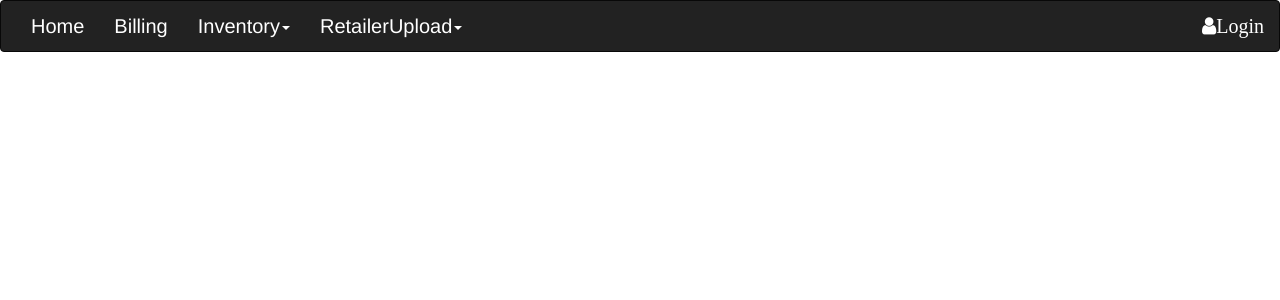
Repository: Abinesh-T/FinallDtProject
Page: http://localhost/Sri_Ananda/views/header.jsp
These files come from the project's save history. The page is drawn as it stood at one moment and after the next save; the edit follows.
The browser window is 1280 px wide. The pictures show the whole page.
Some web libraries are served in a nearby version. The page is served by Tomcat 9. Nobody is signed in. The application's start-up code is not run.

Above is the page before, as saved 2018-08-05 09:39:24.

After the next save:
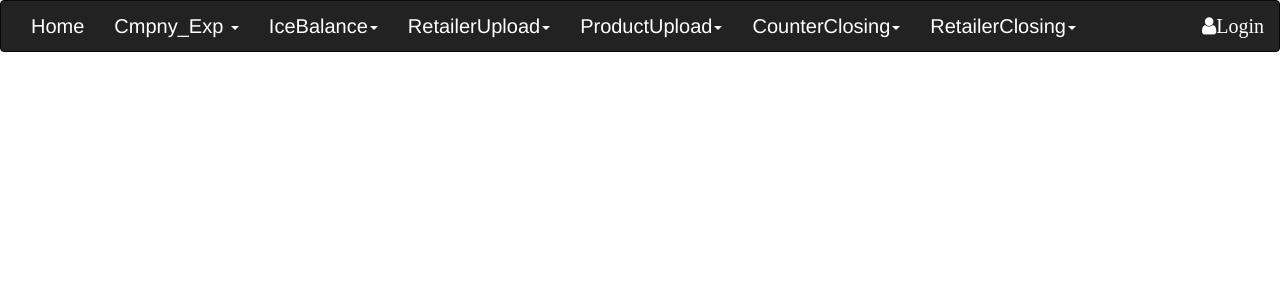
Saved 25 s later.
--- a/Sri_Ananda/src/main/webapp/views/header.jsp
+++ b/Sri_Ananda/src/main/webapp/views/header.jsp
@@ -4,6 +4,9 @@
 <!DOCTYPE html PUBLIC "-//W3C//DTD HTML 4.01 Transitional//EN" "http://www.w3.org/TR/html4/loose.dtd">
 <html>
 <head>
+<link rel="icon"
+	href="./resources/images/Arun_brandings/Hatsun_icon.jpg">
+
 <title>Techtronixs</title>
 <meta charset="utf-8">
 <meta name="viewport" content="width=device-width, initial-scale=1">
@@ -41,22 +44,63 @@
 	<div class="container-fluid">
 		<ul class="nav navbar-nav">
 			<li><a href="index" style="font-size: 20px; color: white;">Home</a></li>
-			<li><a href="index" style="font-size: 20px; color: white;">Billing</a></li>
-			<li class="dropdown"><a href="Inventory" class="dropdown-toggle"
+			<li class="dropdown"><a href="Cmpny_Exp" class="dropdown-toggle"
 				data-toggle="dropdown" aria-haspopup="true" aria-expanded="false"
-				style="font-size: 20px; color: white">Inventory<span
+				style="font-size: 20px; color: white">Cmpny_Exp <span
 					class="caret"></span></a>
 				<ul class="dropdown-menu">
-					<li><a href="InventoryByDate" style="font-size: 20px;">InventoryByDate</a></li>
-					<li><a href="InventoryByPeriod" style="font-size: 20px;">InventoryByPeriod</a></li>
+					<li><a href="Cmpny_Exp" style="font-size: 20px;">Enter_Cmpny_Exp</a></li>
+					<li><a href="Report_Cmpny_Exp" style="font-size: 20px;">Report_Cmpny_Exp</a></li>
 				</ul></li>
-				<li class="dropdown"><a href="Cmpny_Exp" class="dropdown-toggle"
+			<li class="dropdown"><a href="Cmpny_Exp" class="dropdown-toggle"
+				data-toggle="dropdown" aria-haspopup="true" aria-expanded="false"
+				style="font-size: 20px; color: white">IceBalance<span
+					class="caret"></span></a>
+				<ul class="dropdown-menu">
+					<li><a href="IceBalance" style="font-size: 20px;">Enter_IceBalance</a></li>
+					<li><a href="ReportIceBalanceFilter" style="font-size: 20px;">Report_IceBalance</a></li>
+				</ul></li>
+			<li class="dropdown"><a href="Cmpny_Exp" class="dropdown-toggle"
 				data-toggle="dropdown" aria-haspopup="true" aria-expanded="false"
 				style="font-size: 20px; color: white">RetailerUpload<span
 					class="caret"></span></a>
 				<ul class="dropdown-menu">
 					<li><a href="RetailerUpload" style="font-size: 20px;">Enter_Retailer</a></li>
 					<li><a href="RetailerList" style="font-size: 20px;">Report_Retailer</a></li>
+				</ul></li>
+			<li class="dropdown"><a href="Cmpny_Exp" class="dropdown-toggle"
+				data-toggle="dropdown" aria-haspopup="true" aria-expanded="false"
+				style="font-size: 20px; color: white">ProductUpload<span
+					class="caret"></span></a>
+				<ul class="dropdown-menu">
+					<li><a href="ProductUpload" style="font-size: 20px;">Enter_ProductUpload</a></li>
+					<li><a href="ProductUploadList" style="font-size: 20px;">Report_Product</a></li>
+				</ul></li>
+			<li class="dropdown"><a href="Cmpny_Exp" class="dropdown-toggle"
+				data-toggle="dropdown" aria-haspopup="true" aria-expanded="false"
+				style="font-size: 20px; color: white">CounterClosing<span
+					class="caret"></span></a>
+				<ul class="dropdown-menu">
+					<li><a href="OpenCounterClosingUpload"
+						style="font-size: 20px;">Enter_OpenCounterClosing</a></li>
+					<li><a href="CounterClosingUpload" style="font-size: 20px;">Enter_CounterClosing</a></li>
+					<li><a href="CounterClosingListByDate"
+						style="font-size: 20px;">Report_CounterClosingByDate</a></li>
+					<li><a href="CounterClosingListByPeriod"
+						style="font-size: 20px;">Report_CounterClosingByPeriod</a></li>
+				</ul></li>
+			<li class="dropdown"><a href="Cmpny_Exp" class="dropdown-toggle"
+				data-toggle="dropdown" aria-haspopup="true" aria-expanded="false"
+				style="font-size: 20px; color: white">RetailerClosing<span
+					class="caret"></span></a>
+				<ul class="dropdown-menu">
+					<li><a href="OpenRetailerClosingUpload"
+						style="font-size: 20px;">Enter_OpenRetailerClosing</a></li>
+					<li><a href="RetailerClosingUpload" style="font-size: 20px;">Enter_RetailerClosing</a></li>
+					<li><a href="RetailerClosingListByDate"
+						style="font-size: 20px;">Report_RetailerClosingByDate</a></li>
+					<li><a href="RetailerClosingListByPeriod"
+						style="font-size: 20px;">Report_RetailerClosingByPeriod</a></li>
 				</ul></li>
 		</ul>
 		<c:if test="${pageContext.request.userPrincipal.name  == 'admin'}">
